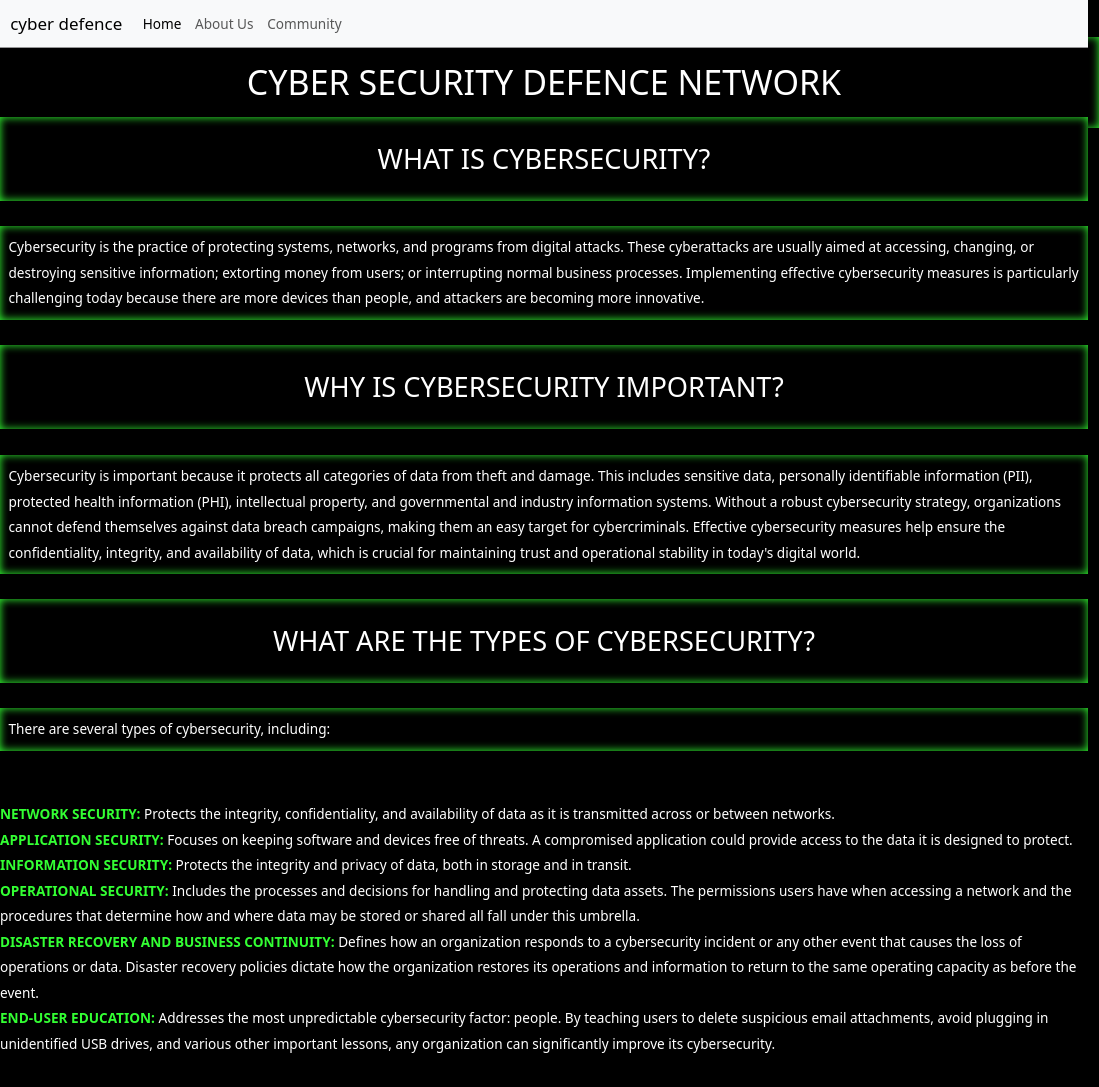
Repository: newworldhost/nwh
Page: index.html
These files come from the project's save history. The page is drawn as it stood at one moment and after the next save; the edit follows.
The browser window is 1280 px wide. The page is 1293 px wide, so the pictures cover 1293 px, including what lies to the right of the window. The pictures show the whole page, at 85% of full size.

Above is the page before, as saved 2025-03-04 23:41:56.

### index.html
<!DOCTYPE html>
<html lang="en">
<head>
    <meta charset="UTF-8">
    <meta name="viewport" content="width=device-width, initial-scale=1.0">
    <meta name="author" content="cyber security defence network">
    <meta name="description" content="cyber security defence network">
    <meta name="keywords" content="cyber security defence network">
    <link href="https://cdn.jsdelivr.net/npm/bootstrap@5.3.3/dist/css/bootstrap.min.css" rel="stylesheet" integrity="sha384-QWTKZyjpPEjISv5WaRU9OFeRpok6YctnYmDr5pNlyT2bRjXh0JMhjY6hW+ALEwIH" crossorigin="anonymous">

    <link rel="stylesheet" href="style.css">
    <title>cyber security defence network</title>
</head>
<body>
    <header>
        <nav class="navbar navbar-expand-lg bg-body-tertiary" >
          <div class="container-fluid">
              <a class="navbar-brand" href="#">cyber defence</a>
              <button class="navbar-toggler" type="button" data-bs-toggle="collapse" data-bs-target="#navbarNavAltMarkup" aria-controls="navbarNavAltMarkup" aria-expanded="false" aria-label="Toggle navigation">
                <span class="navbar-toggler-icon"></span>
              </button>
              <div class="collapse navbar-collapse" id="navbarNavAltMarkup">
                <div class="navbar-nav">
                  <a class="nav-link active" aria-current="page" href="#">Home</a>
                  <a class="nav-link" href="#">About Us</a>
                  <a class="nav-link" href="#">Community</a>

                </div>
              </div>
            </div>
          </nav>
    <h1>cyber security defence network</h1>

    <h2>What is cybersecurity?</h2>
    <p>Cybersecurity is the practice of protecting systems, networks, and programs from digital attacks. These cyberattacks are usually aimed at accessing, changing, or destroying sensitive information; extorting money from users; or interrupting normal business processes. Implementing effective cybersecurity measures is particularly challenging today because there are more devices than people, and attackers are becoming more innovative.</p>
    <h2>Why is cybersecurity important?</h2>
    <p>Cybersecurity is important because it protects all categories of data from theft and damage. This includes sensitive data, personally identifiable information (PII), protected health information (PHI), intellectual property, and governmental and industry information systems. Without a robust cybersecurity strategy, organizations cannot defend themselves against data breach campaigns, making them an easy target for cybercriminals. Effective cybersecurity measures help ensure the confidentiality, integrity, and availability of data, which is crucial for maintaining trust and operational stability in today's digital world.</p>
    <h2>What are the types of cybersecurity?</h2>
    <p>There are several types of cybersecurity, including:</p>
    <ul>
        <li><strong>Network Security:</strong> Protects the integrity, confidentiality, and availability of data as it is transmitted across or between networks.</li>
        <li><strong>Application Security:</strong> Focuses on keeping software and devices free of threats. A compromised application could provide access to the data it is designed to protect.</li>
        <li><strong>Information Security:</strong> Protects the integrity and privacy of data, both in storage and in transit.</li>
        <li><strong>Operational Security:</strong> Includes the processes and decisions for handling and protecting data assets. The permissions users have when accessing a network and the procedures that determine how and where data may be stored or shared all fall under this umbrella.</li>
        <li><strong>Disaster Recovery and Business Continuity:</strong> Defines how an organization responds to a cybersecurity incident or any other event that causes the loss of operations or data. Disaster recovery policies dictate how the organization restores its operations and information to return to the same operating capacity as before the event.</li>
        <li><strong>End-user Education:</strong> Addresses the most unpredictable cybersecurity factor: people. By teaching users to delete suspicious email attachments, avoid plugging in unidentified USB drives, and various other important lessons, any organization can significantly improve its cybersecurity.</li>
    </ul>
    <script src="https://cdn.jsdelivr.net/npm/bootstrap@5.3.3/dist/js/bootstrap.bundle.min.js" integrity="sha384-YvpcrYf0tY3lHB60NNkmXc5s9fDVZLESaAA55NDzOxhy9GkcIdslK1eN7N6jIeHz" crossorigin="anonymous"></script>
</body>
</html>

### style.css
h1 {
    text-align: center;
    background-color: black;
    color: white;
    padding: 30px;
    text-transform: uppercase;
    box-shadow: inset 0 0 10px #33ff33;
    margin: -13px;
}
h2 {
    text-align: center;
    background-color: black;
    color: white;
    padding: 30px;
    text-transform: uppercase;
    box-shadow: inset 0 0 10px #33ff33;
}
p {
    background-color: black;
    color: white;
    padding: 10px;
    box-shadow: inset 0 0 10px #33ff33;
    line-height: 30px;
    list-style-type: none;
    margin: 30px 0px 30px 0px;
}
body {
    background-color: black;
}
/* navigation */
ul {
    background-color: black;
    color: white;
    padding: 10px;
    line-height: 30px;
    list-style-type: none;
    display: inline;
}
strong {
    color:#33ff33;
    text-transform: uppercase;
}

After the next save:
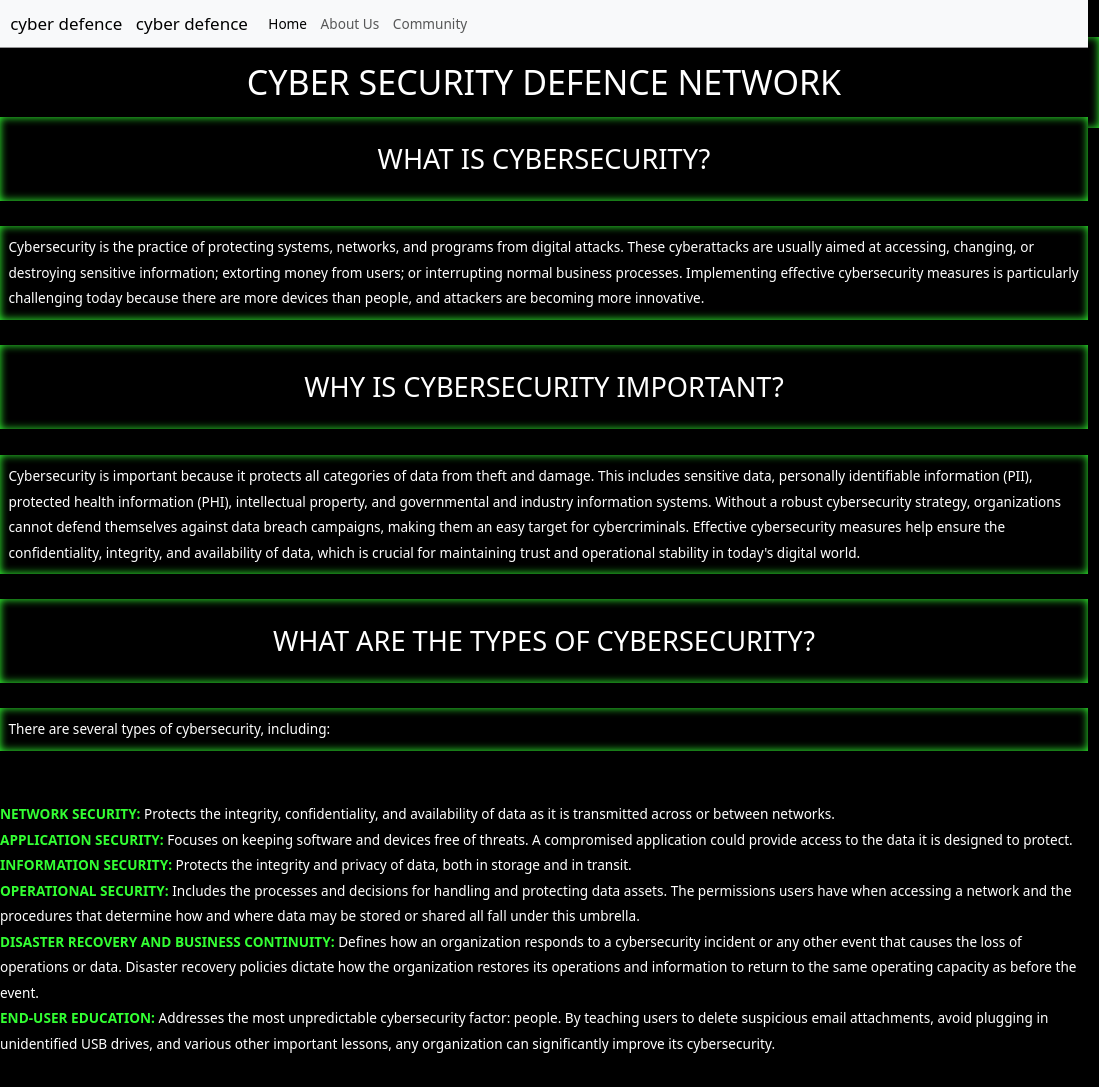
Saved 22 s later.
--- a/index.html
+++ b/index.html
@@ -13,7 +13,14 @@
 </head>
 <body>
     <header>
-        <nav class="navbar navbar-expand-lg bg-body-tertiary" >
+        <nav class="navbar navbar-expand-lg bg-body-tertiary">
+            <div class="container-fluid">
+              <a class="navbar-brand" href="#">cyber defence</a>
+              <button class="navbar-toggler" type="button" data-bs-toggle="collapse" data-bs-target="#navbarNavAltMarkup" aria-controls="navbarNavAltMarkup" aria-expanded="false" aria-label="Toggle navigation">
+                <span class="navbar-toggler-icon"></span>
+              </button>
+              <div class="collapse navbar-collapse" id="navbarNavAltMarkup">
+                <div class="navbar-nav
           <div class="container-fluid">
               <a class="navbar-brand" href="#">cyber defence</a>
               <button class="navbar-toggler" type="button" data-bs-toggle="collapse" data-bs-target="#navbarNavAltMarkup" aria-controls="navbarNavAltMarkup" aria-expanded="false" aria-label="Toggle navigation">
